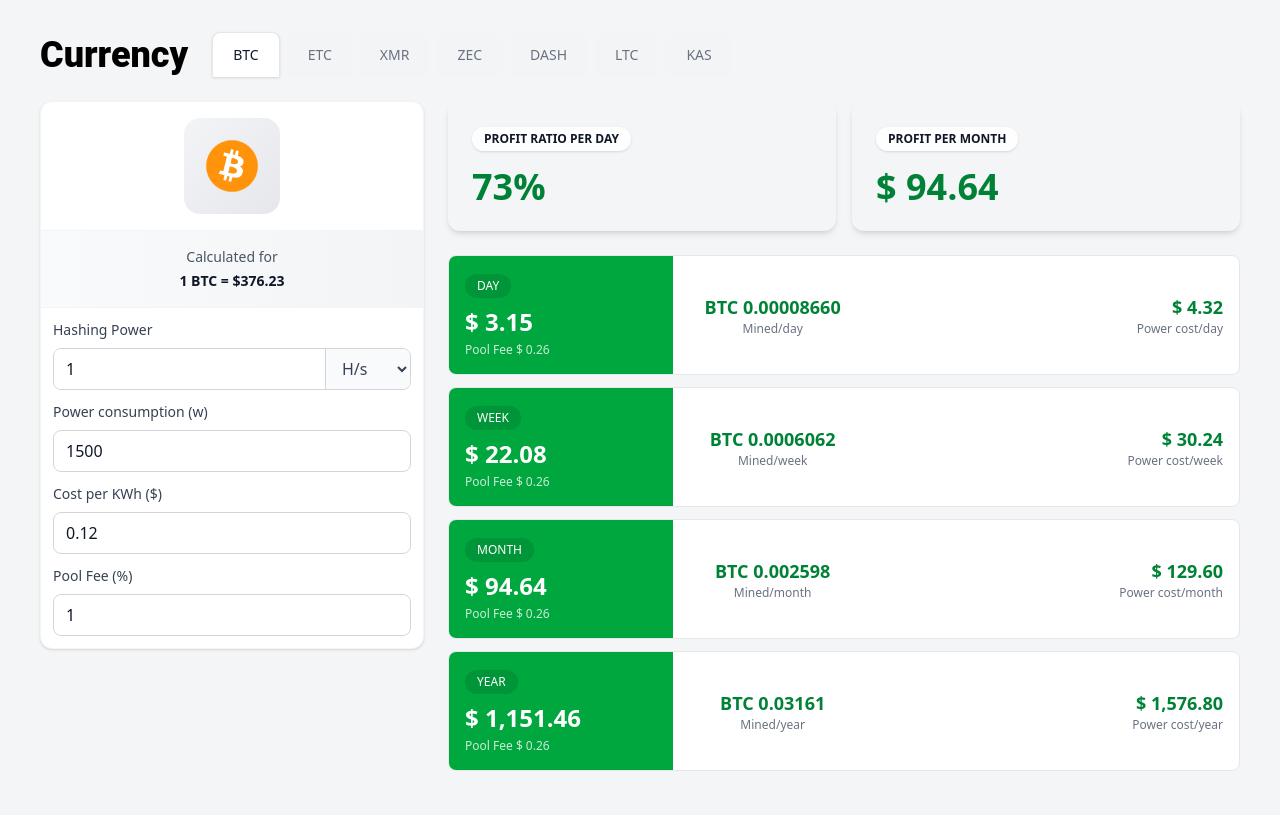
Repository: Bilal-Ahmad-CodeMaster/crypto-proj
Page: /
These files come from the project's save history. The page is drawn as it stood at one moment and after a run of saves; the edit follows.
The browser window is 1280 px wide. The pictures show the whole page.
The project was rebuilt for these pictures with package versions that can differ from the ones it lists, and the page was loaded fresh each time. The framework's server and built-in components were replaced by stand-ins that run in the browser. Also part of the build but not shown: next.config.ts.

Above is the page before, as saved 2025-11-25 22:38:37.

### src/app/layout.tsx
import './globals.css'
import React from 'react'


export const metadata = {
  title: 'Mining Dashboard',
}


export default function RootLayout({ children }: { children: React.ReactNode }) {
  return (
    <html lang="en">
      <body>
        {children}
      </body>
    </html>
  )
}

### src/app/page.tsx
'use client'
import React, { useState } from 'react'
import Tabs from './components/Tabs'
import HashingForm from './components/HashingForm'
import ResultCards from './components/ResultCards'


const currencies = [
  { id: 'btc', label: 'BTC' },
  { id: 'etc', label: 'ETC' },
  { id: 'xmr', label: 'XMR' },
  { id: 'zec', label: 'ZEC' },
  { id: 'dash', label: 'DASH' },
  { id: 'ltc', label: 'LTC' },
  { id: 'kas', label: 'KAS' }
]


export default function Page() {
  const [active, setActive] = useState('btc')


  return (
    <main className="min-h-screen p-8 bg-[#f3f5f7]">
      <div className="max-w-[1200px] mx-auto">
        <header className="flex items-center gap-6 mb-6">
          <h1 className="text-4xl font-extrabold text-black" style={{ fontFamily: '"Lobster", Roboto, Arial' }}>
            Currency
          </h1>
          <nav className="flex-1">
            <Tabs active={active} setActive={setActive} tabs={currencies} />
          </nav>
        </header>


        <div className="grid grid-cols-1 lg:grid-cols-3 gap-6">
          <div>
            <HashingForm active={active} />
          </div>


          <div className="lg:col-span-2">
            <ResultCards active={active} />
          </div>
        </div>
      </div>
    </main>
  )
}

### src/app/globals.css
@import "tailwindcss";

/* Small helpers to match the design exactly */
body {
  @apply bg-gray-50 font-sans text-gray-900 antialiased;
}

/* Hide focus indicators for all form inputs */
input:focus,
select:focus {
  outline: none !important;
  box-shadow: none;
}
.hashing-form input:focus,
.hashing-form select:focus {
  outline: none;

  box-shadow: none;
}
/* Chrome, Safari, Edge */
input[type="number"]::-webkit-inner-spin-button,
input[type="number"]::-webkit-outer-spin-button {
  -webkit-appearance: none;
  margin: 0;
}

### src/app/components/Tabs.tsx
'use client'
import React from 'react'

export default function Tabs({ active, setActive, tabs }: { active: string; setActive: (s: string) => void; tabs: { id: string; label: string }[] }) {
    return (
        <div className="flex gap-2 items-end">
            {tabs.map(t => (
                <button
                    key={t.id}
                    onClick={() => setActive(t.id)}
                    className={`px-5 py-3 rounded-t-lg text-sm font-medium transition-all ${active === t.id
                            ? 'bg-white text-gray-900 border-t border-l border-r border-gray-200 shadow-sm'
                            : 'text-gray-500 hover:text-gray-700 bg-gray-100 hover:bg-gray-200'
                        }`}
                    style={{ minWidth: 56 }}
                >
                    {t.label}
                </button>
            ))}
        </div>
    )
}

### src/app/components/HashingForm.tsx
'use client'
import Image from 'next/image'
import React from 'react'

export default function HashingForm({ active }: { active: string }) {
    return (
        <div className="bg-white rounded-xl shadow-sm border border-gray-100 overflow-hidden">
            <div className="p-4 border-b border-gray-100 flex items-center justify-center">
                <div className="w-24 h-24 bg-linear-to-br from-gray-100 to-gray-200 rounded-2xl flex items-center justify-center p-4">
                    <Image
                        src={`/${active.toLowerCase()}.png`}
                        alt="logo"
                        width={64}
                        height={64}
                        className="object-contain"
                    />
                </div>
            </div>

            <div className="bg-linear-to-r from-gray-50 to-gray-100 text-center py-4 text-sm text-gray-600 border-b border-gray-100">
                Calculated for
                <div className="font-semibold text-gray-900 mt-1">1 {active.toUpperCase()} = $376.23</div>
            </div>

            <div className="p-3 space-y-3">
                <div>
                    <label className="block text-sm font-medium text-gray-700 mb-2">Hashing Power</label>
                    <div className="flex rounded-lg overflow-hidden border border-gray-300 focus-within:ring-2 focus-within:ring-blue-500 focus-within:border-blue-500 transition-all">
                        <input
                            type="number"
                            defaultValue={1}
                            className="flex-1 px-3 py-2 outline-none bg-white"
                        />
                        <select className="px-3 py-2 bg-gray-50 border-l border-gray-300 text-gray-700">
                            <option>H/s</option>
                            <option>KH/s</option>
                            <option>MH/s</option>
                            <option>GH/s</option>
                            <option>TH/s</option>
                        </select>
                    </div>
                </div>

                <div>
                    <label className="block text-sm font-medium text-gray-700 mb-2">Power consumption (w)</label>
                    <input
                        className="w-full px-3 py-2 border border-gray-300 rounded-lg focus:ring-2 focus:ring-blue-500 focus:border-blue-500 transition-all"
                        defaultValue={1500} type="number"
                    />
                </div>

                <div>
                    <label className="block text-sm font-medium text-gray-700 mb-2">Cost per KWh ($)</label>
                    <input
                        className="w-full px-3 py-2 border border-gray-300 rounded-lg focus:ring-2 focus:ring-blue-500 focus:border-blue-500 transition-all"
                        defaultValue={0.12} type="number"
                    />
                </div>

                <div>
                    <label className="block text-sm font-medium text-gray-700 mb-2">Pool Fee (%)</label>
                    <input
                        className="w-full px-3 py-2 border border-gray-300 rounded-lg focus:ring-2 focus:ring-blue-500 focus:border-blue-500 transition-all"
                        defaultValue={1} type="number"
                    />
                </div>
            </div>
        </div>
    )
}

### src/app/components/ResultCards.tsx
'use client'
import React from 'react'


function StatRow({ title, money, mined, powerCost, positive = true }: unknown) {
    return (
        <div className="mb-3 rounded-lg overflow-hidden flex border border-gray-200 bg-white">
            <div className={`w-56 p-4 text-white ${positive ? 'bg-green-600' : 'bg-red-600'} profit-left`}>
                <div className="text-xs uppercase bg-black/10 inline-block px-3 py-1 rounded-full mb-2">{title}</div>
                <div className="text-2xl font-bold">{money}</div>
                <div className="text-xs mt-1 opacity-80">Pool Fee $ 0.26</div>
            </div>


            <div className="flex-1 p-4 grid grid-cols-3 items-center gap-4">
                <div className="text-center">
                    <div className={`text-lg font-semibold ${positive ? 'text-green-700' : 'text-red-600'}`}>{mined}</div>
                    <div className="text-xs text-gray-500">Mined/{title.toLowerCase()}</div>
                </div>
                <div className="text-right col-span-2">
                    <div className={`text-lg font-semibold ${positive ? 'text-green-700' : 'text-red-600'}`}>{powerCost}</div>
                    <div className="text-xs text-gray-500">Power cost/{title.toLowerCase()}</div>
                </div>
            </div>
        </div>
    )
}


export default function ResultCards({ active }: { active: string }) {
    // Example positive/negative toggles per currency
    const positive = active !== 'etc'


    return (
        <div>
            <div className="grid grid-cols-2 gap-4 mb-6">
                <div className={`rounded-xl p-6 shadow-md ${positive ? 'bg-paleGreen' : 'bg-paleRed'}`}>
                    <div className="text-xs font-semibold bg-white/90 inline-block px-3 py-1 rounded-full shadow">PROFIT RATIO PER DAY</div>
                    <div className={`text-4xl font-bold mt-4 ${positive ? 'text-green-700' : 'text-red-700'}`}>{positive ? '73%' : '-70%'}</div>
                </div>


                <div className={`rounded-xl p-6 shadow-md ${positive ? 'bg-paleGreen' : 'bg-paleRed'}`}>
                    <div className="text-xs font-semibold bg-white/90 inline-block px-3 py-1 rounded-full shadow">PROFIT PER MONTH</div>
                    <div className={`text-4xl font-bold mt-4 ${positive ? 'text-green-700' : 'text-red-700'}`}>{positive ? '$ 94.64' : '$ -90.66'}</div>
                </div>
            </div>


            <div>
                <StatRow title="Day" money="$ 3.15" mined="BTC 0.00008660" powerCost="$ 4.32" positive={positive} />
                <StatRow title="Week" money="$ 22.08" mined="BTC 0.0006062" powerCost="$ 30.24" positive={positive} />
                <StatRow title="Month" money="$ 94.64" mined="BTC 0.002598" powerCost="$ 129.60" positive={positive} />
                <StatRow title="Year" money="$ 1,151.46" mined="BTC 0.03161" powerCost="$ 1,576.80" positive={positive} />
            </div>
        </div>
    )
}

After the next 2 saves:
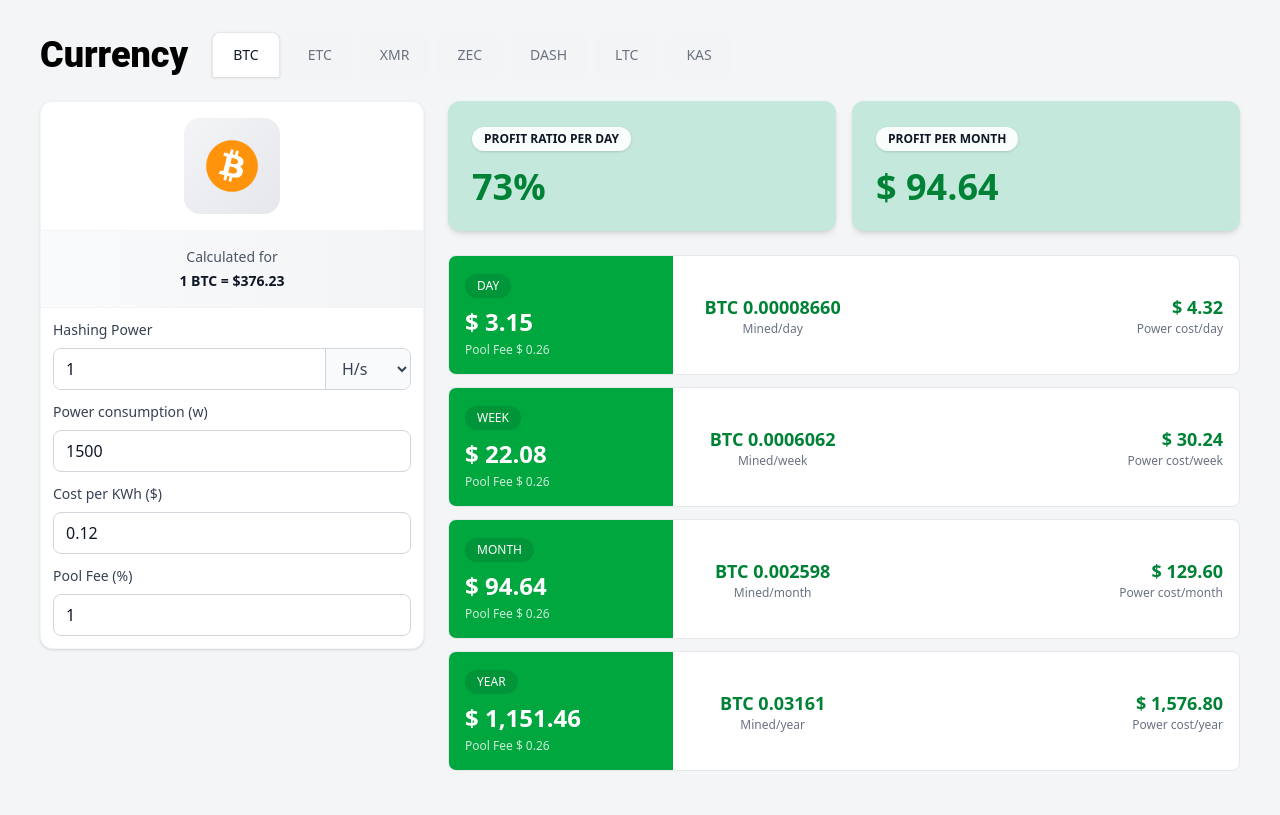
The 2 saves are shown as one change because they came seconds apart.
The last was saved 5 s later.
--- a/src/app/components/ResultCards.tsx
+++ b/src/app/components/ResultCards.tsx
@@ -2,7 +2,15 @@
 import React from 'react'
 
 
-function StatRow({ title, money, mined, powerCost, positive = true }: unknown) {
+interface StatRowProps {
+    title: string;
+    money: string;
+    mined: string;
+    powerCost: string;
+    positive?: boolean;
+}
+
+function StatRow({ title, money, mined, powerCost, positive = true }: StatRowProps) {
     return (
         <div className="mb-3 rounded-lg overflow-hidden flex border border-gray-200 bg-white">
             <div className={`w-56 p-4 text-white ${positive ? 'bg-green-600' : 'bg-red-600'} profit-left`}>
@@ -35,13 +43,13 @@
     return (
         <div>
             <div className="grid grid-cols-2 gap-4 mb-6">
-                <div className={`rounded-xl p-6 shadow-md ${positive ? 'bg-paleGreen' : 'bg-paleRed'}`}>
+                <div className={`rounded-xl p-6 shadow-md ${positive ? 'bg-[#C4E8DB]' : 'bg-[#FFE0E0]'}`}>
                     <div className="text-xs font-semibold bg-white/90 inline-block px-3 py-1 rounded-full shadow">PROFIT RATIO PER DAY</div>
                     <div className={`text-4xl font-bold mt-4 ${positive ? 'text-green-700' : 'text-red-700'}`}>{positive ? '73%' : '-70%'}</div>
                 </div>
 
 
-                <div className={`rounded-xl p-6 shadow-md ${positive ? 'bg-paleGreen' : 'bg-paleRed'}`}>
+                <div className={`rounded-xl p-6 shadow-md ${positive ? 'bg-[#C4E8DB]' : 'bg-[#FFE0E0]'}`}>
                     <div className="text-xs font-semibold bg-white/90 inline-block px-3 py-1 rounded-full shadow">PROFIT PER MONTH</div>
                     <div className={`text-4xl font-bold mt-4 ${positive ? 'text-green-700' : 'text-red-700'}`}>{positive ? '$ 94.64' : '$ -90.66'}</div>
                 </div>
